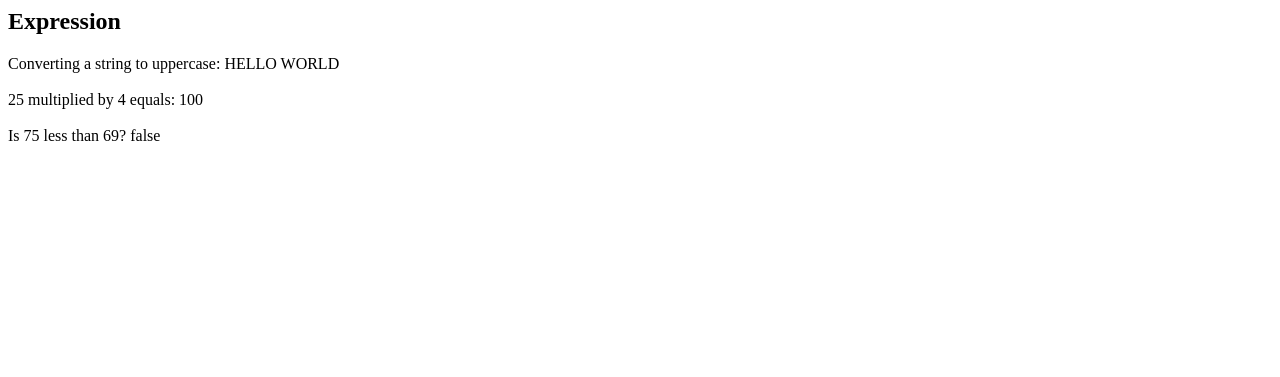
Repository: xiaoliu-lucy/JSP
Page: http://localhost/jspdemo/expressions.jsp
An editor plug-in stored every save of this project. The page is shown before and after the next save, followed by the edit.
The browser window is 1280 px wide. The pictures show the whole page.
The page is served by Tomcat 9.

Above is the page before, as saved 2017-08-10 00:57:42.

After the next save:
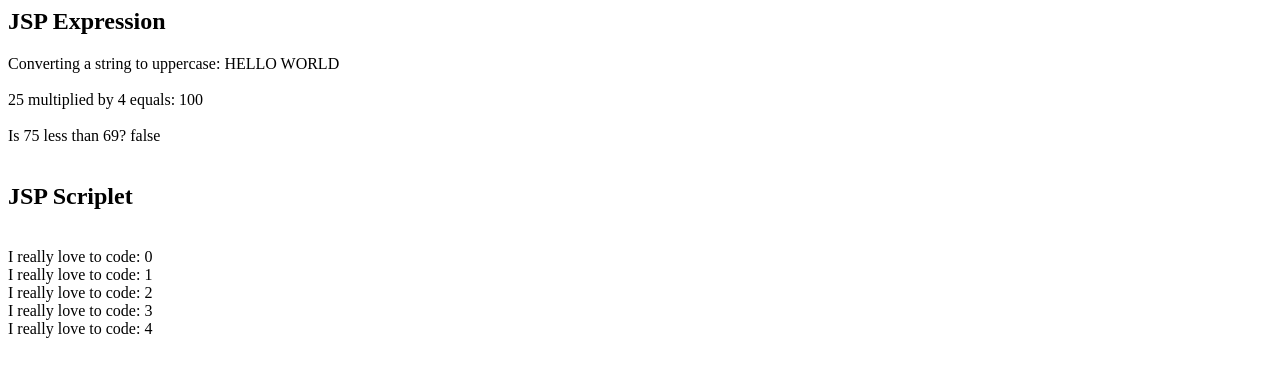
Saved 2 min 4 s later.
--- a/jspdemo/WebContent/expressions.jsp
+++ b/jspdemo/WebContent/expressions.jsp
@@ -1,10 +1,17 @@
 <html>
 <body>
-<h2>Expression</h2>
+<h2>JSP Expression</h2>
 Converting a string to uppercase: <%= new String("hello world").toUpperCase() %>
 <br/><br/>
 25 multiplied by 4 equals: <%= 25*4 %>
 <br/><br/>
 Is 75 less than 69? <%= 75 < 69 %>
+<br/><br/>
+<h2>JSP Scriplet</h2>
+<%
+ for (int i = 0 ; i < 5; i ++) {
+	 out.println("<br/> I really love to code: " + i);
+ }
+%>
 </body>
 </html>
